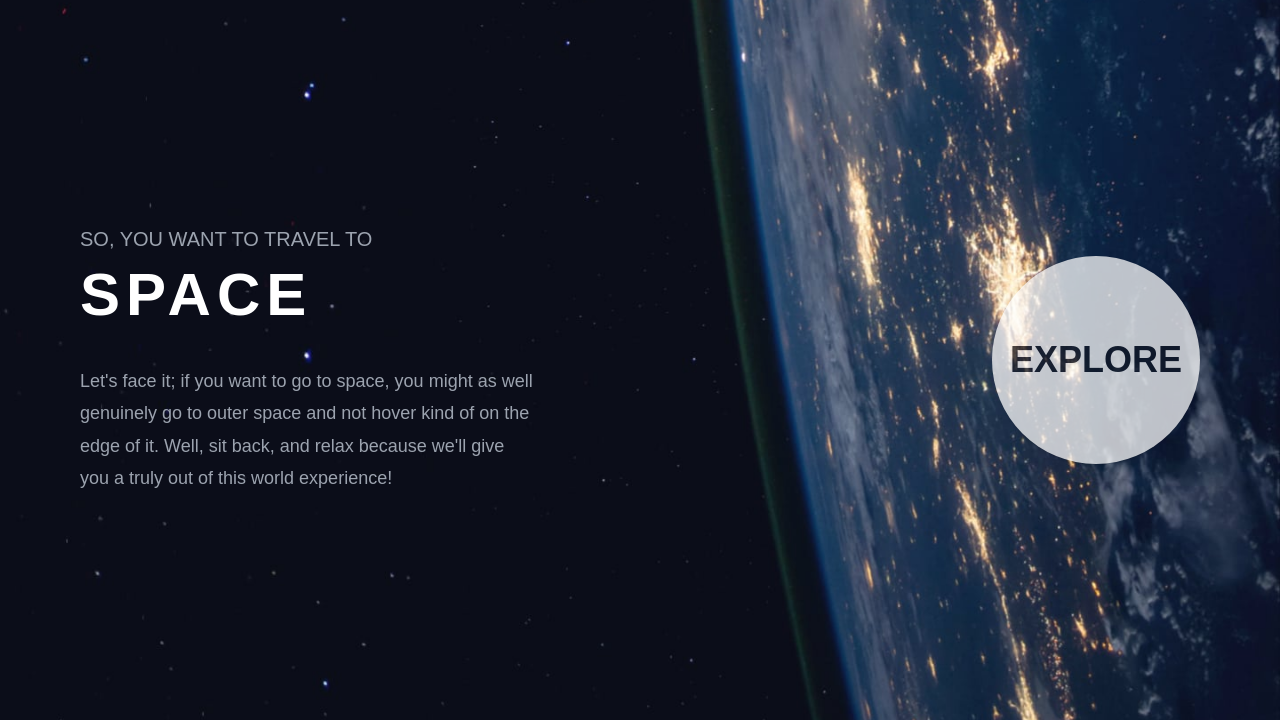
Repository: OmniaRafat232111121/Space-Toursim
Page: /
The author's editor kept a copy of each file at every save. The page is drawn from the files as they stood at one save, then again after a run of saves.
The browser window is 1280 px wide. The pictures show the whole page.
Some web fonts or font styles are not loaded; a fallback is used. The project was rebuilt for these pictures with package versions that can differ from the ones it lists, and the page was loaded fresh each time. Also part of the build but not shown: src/components/Destination.js, src/components/Crew.js, src/components/Technology.js, src/components/Error.js.

Above is the page before, as saved 2022-08-09 15:04:53.

After the next 24 saves:
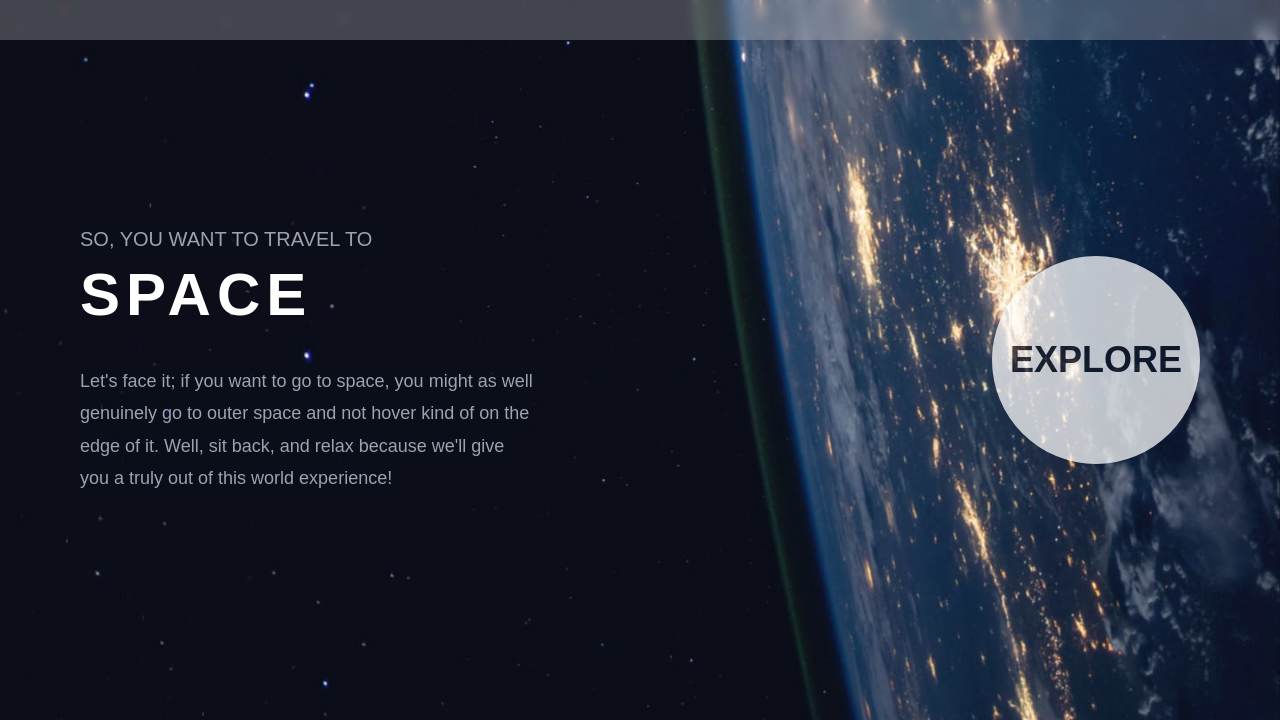
The 24 saves are shown as one change because they came seconds apart.
The last was saved 34 s later.
--- a/src/components/Header.js
+++ b/src/components/Header.js
@@ -3,8 +3,9 @@ import React from 'react'
 const Header = () => {
   return (
     <>
-    <header>
-
+    <header className="header">
+    <div className="py-5">
+    </div>
     </header>
     </>
   )
